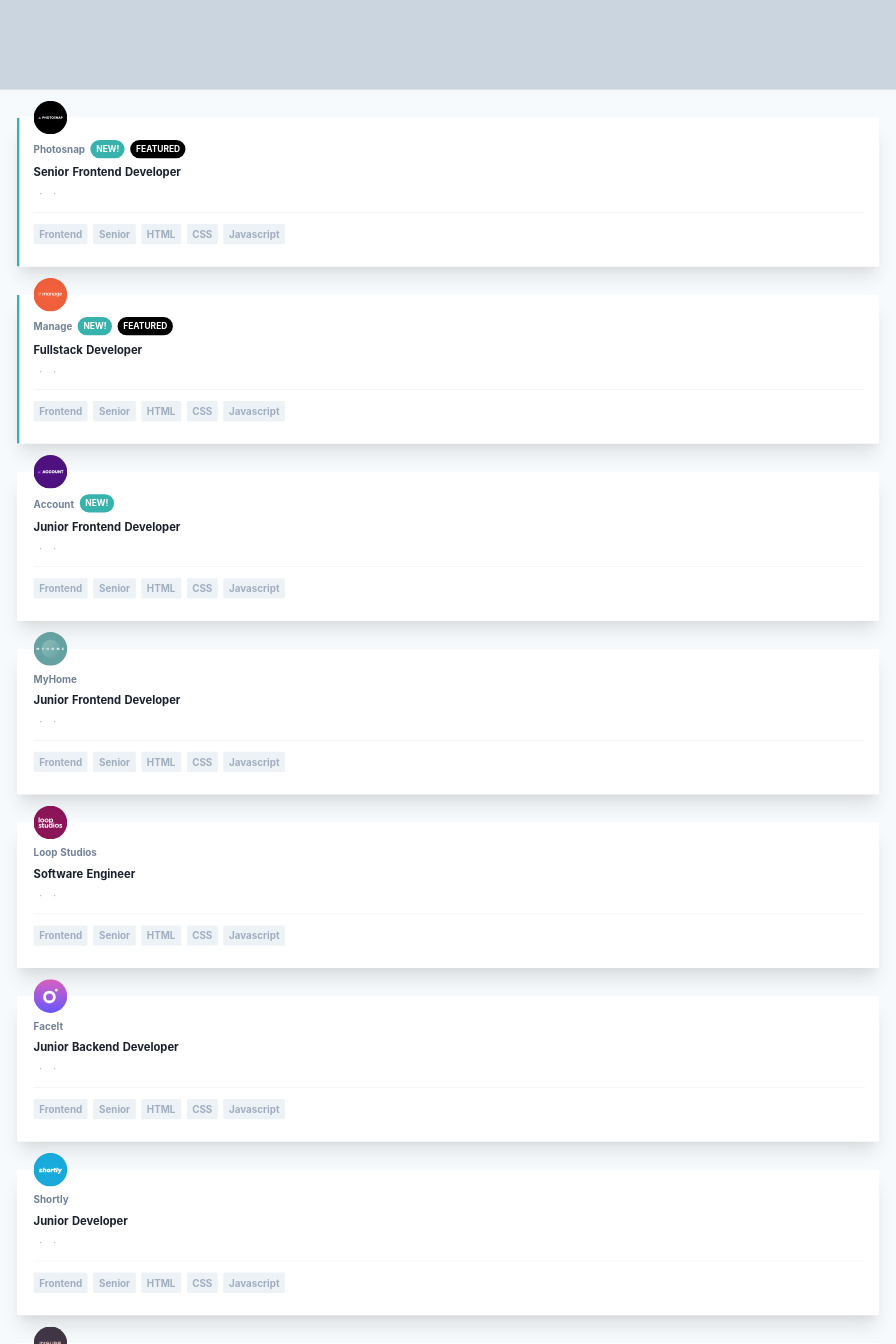
Repository: asongdon/frontendmentor-joblisting
Page: /
These files come from the project's save history. The page is drawn as it stood at one moment and after the next save; the edit follows.
The browser window is 1280 px wide. The pictures show the part of the page from y = 0 to 1920 px (the page is 2623 px tall), at 70% of full size.
The project was rebuilt for these pictures with package versions that can differ from the ones it lists, and the page was loaded fresh each time. The framework's server and built-in components were replaced by stand-ins that run in the browser. Also part of the build but not shown: nuxt.config.js.

Above is the page before, as saved 2020-04-12 21:51:06.

### layouts/default.vue
<template>
  <div class="h-screen">
    <Header/>
    <nuxt />
  </div>
</template>

<script>
import Header from '@/components/Header.vue'

export default {
  components: {
    Header
  },
}
</script>

<style>
html {
  font-family: 'Inter', -apple-system, BlinkMacSystemFont, 'Segoe UI',
    Roboto, 'Helvetica Neue', Arial, sans-serif;
  font-size: 16px;
  word-spacing: 1px;
  -ms-text-size-adjust: 100%;
  -webkit-text-size-adjust: 100%;
  -moz-osx-font-smoothing: grayscale;
  -webkit-font-smoothing: antialiased;
  box-sizing: border-box;
  @apply bg-gray-100;
}

*,
*:before,
*:after {
  box-sizing: border-box;
  margin: 0;
}

.button--green {
  display: inline-block;
  border-radius: 4px;
  border: 1px solid #3b8070;
  color: #3b8070;
  text-decoration: none;
  padding: 10px 30px;
}

.button--green:hover {
  color: #fff;
  background-color: #3b8070;
}

.button--grey {
  display: inline-block;
  border-radius: 4px;
  border: 1px solid #35495e;
  color: #35495e;
  text-decoration: none;
  padding: 10px 30px;
  margin-left: 15px;
}

.button--grey:hover {
  color: #fff;
  background-color: #35495e;
}
</style>

### pages/index.vue
<template>
  <div class="mt-10">
    <div class="container px-6" v-for="item in data" :key="item.id">
      <Maincard
        :logo="item.logo"
        :company="item.company"
        :newStatus="item.new"
        :featured="item.featured"
        :position="item.position"
      />
    </div>
  </div>
</template>

<script>
import Maincard from '@/components/Maincard'
import data from '@/static/data/data.json'

export default {
  components: {
    Maincard
  },
  data() {
    return {
      data
    }
  }
}
</script>

<style>
/* Sample `apply` at-rules with Tailwind CSS
.container {
  @apply min-h-screen flex justify-center items-center text-center mx-auto;
}
*/
</style>

### components/Header.vue
<template>
  <div class="w-full h-32 bg-gray-400"></div>
</template>

<script>
export default {}
</script>

<style></style>

### components/Maincard.vue
<template>
  <div
    class="flex flex-col flex-no-wrap rounded-sm px-5 bg-white shadow-xl pb-4 mb-10 border-l-4 border-white"
    :class="{ 'border-l-4': featured, 'border-teal-500': featured }"
  >
    <div class="-mt-6 mb-2">
      <img class="w-12" :src="'/logos/' + logo" alt="" />
    </div>

    <div class="flex items-center">
      <div class="text-sm font-bold text-gray-600">{{ company }}</div>
      <div class="flex text-xs font-bold">
        <div
          v-if="newStatus"
          class=" bg-teal-500 text-white rounded-full px-2 py-1 uppercase ml-2"
        >
          New!
        </div>
        <div
          v-if="featured"
          class="bg-black text-white rounded-full px-2 py-1 uppercase ml-2"
        >
          Featured
        </div>
      </div>
    </div>

    <div class="mt-2 font-bold text-gray-900">
      {{ position }}
    </div>

    <div class="flex text-sm mt-2 text-gray-500 border-b border-gray-200 pb-4">
      <div class="mr-2">{{ postedAt }}</div>
      <div class="mr-2">·</div>
      <div class="mr-2">{{ contract }}</div>
      <div class="mr-2">·</div>
      <div>{{ location }}</div>
    </div>

    <div class="mt-4 flex flex-wrap justify-start">
      <div
        class="px-2 py-1 bg-gray-200 text-gray-500 rounded-sm font-bold mr-2 mb-4 text-sm"
      >
        Frontend
      </div>
      <div
        class="px-2 py-1 bg-gray-200 text-gray-500 rounded-sm font-bold mr-2 mb-4 text-sm"
      >
        Senior
      </div>
      <div
        class="px-2 py-1 bg-gray-200 text-gray-500 rounded-sm font-bold mr-2 mb-4  text-sm"
      >
        HTML
      </div>
      <div
        class="px-2 py-1 bg-gray-200 text-gray-500 rounded-sm font-bold mr-2 mb-4  text-sm"
      >
        CSS
      </div>
      <div
        class="px-2 py-1 bg-gray-200 text-gray-500 rounded-sm font-bold mr-2 mb-4  text-sm"
      >
        Javascript
      </div>
    </div>
  </div>
</template>

<script>
export default {
  props: {
    logo: String,
    company: String,
    newStatus: Boolean,
    featured: Boolean,
    position: String,
    postedAt: String,
    contract: String,
    location: String
  }
}
</script>

<style></style>

### static/data/data.json
[
  {
    "id": 1,
    "company": "Photosnap",
    "logo": "photosnap.svg",
    "new": true,
    "featured": true,
    "position": "Senior Frontend Developer",
    "role": "Frontend",
    "level": "Senior",
    "postedAt": "1d ago",
    "contract": "Full Time",
    "location": "USA Only",
    "languages": ["HTML", "CSS", "JavaScript"]
  },
  {
    "id": 2,
    "company": "Manage",
    "logo": "manage.svg",
    "new": true,
    "featured": true,
    "position": "Fullstack Developer",
    "role": "Fullstack",
    "level": "Midweight",
    "postedAt": "1d ago",
    "contract": "Part Time",
    "location": "Remote",
    "languages": ["Python"],
    "tools": ["React"]
  },
  {
    "id": 3,
    "company": "Account",
    "logo": "account.svg",
    "new": true,
    "featured": false,
    "position": "Junior Frontend Developer",
    "role": "Frontend",
    "level": "Junior",
    "postedAt": "2d ago",
    "contract": "Part Time",
    "location": "USA Only",
    "languages": ["JavaScript"],
    "tools": ["React", "Sass"]
  },
  {
    "id": 4,
    "company": "MyHome",
    "logo": "myhome.svg",
    "new": false,
    "featured": false,
    "position": "Junior Frontend Developer",
    "role": "Frontend",
    "level": "Junior",
    "postedAt": "5d ago",
    "contract": "Contract",
    "location": "USA Only",
    "languages": ["CSS", "JavaScript"]
  },
  {
    "id": 5,
    "company": "Loop Studios",
    "logo": "loop-studios.svg",
    "new": false,
    "featured": false,
    "position": "Software Engineer",
    "role": "FullStack",
    "level": "Midweight",
    "postedAt": "1w ago",
    "contract": "Full Time",
    "location": "Worldwide",
    "languages": ["JavaScript"],
    "tools": ["Ruby", "Sass"]
  },
  {
    "id": 6,
    "company": "FaceIt",
    "logo": "faceit.svg",
    "new": false,
    "featured": false,
    "position": "Junior Backend Developer",
    "role": "Backend",
    "level": "Junior",
    "postedAt": "2w ago",
    "contract": "Full Time",
    "location": "UK Only",
    "tools": ["RoR"]
  },
  {
    "id": 7,
    "company": "Shortly",
    "logo": "shortly.svg",
    "new": false,
    "featured": false,
    "position": "Junior Developer",
    "role": "Frontend",
    "level": "Junior",
    "postedAt": "2w ago",
    "contract": "Full Time",
    "location": "Worldwide",
    "languages": ["HTML", "JavaScript"],
    "tools": ["Sass"]
  },
  {
    "id": 8,
    "company": "Insure",
    "logo": "insure.svg",
    "new": false,
    "featured": false,
    "position": "Junior Frontend Developer",
    "role": "Frontend",
    "level": "Junior",
    "postedAt": "2w ago",
    "contract": "Full Time",
    "location": "USA Only",
    "languages": ["JavaScript"],
    "tools": ["Vue, Sass"]
  },
  {
    "id": 9,
    "company": "Eyecam Co.",
    "logo": "eyecam-co.svg",
    "new": false,
    "featured": false,
    "position": "Full Stack Engineer",
    "role": "Fullstack",
    "level": "Midweight",
    "postedAt": "3w ago",
    "contract": "Full Time",
    "location": "Worldwide",
    "languages": ["JavaScript", "Python"],
    "tools": ["Django"]
  },
  {
    "id": 10,
    "company": "The Air Filter Company",
    "logo": "the-air-filter-company.svg",
    "new": false,
    "featured": false,
    "position": "Front-end Dev",
    "role": "Frontend",
    "level": "Junior",
    "postedAt": "1mo ago",
    "contract": "Part Time",
    "location": "Worldwide",
    "languages": ["JavaScript"],
    "tools": ["React", "Sass"]
  }
]

Loaded but not shown: assets/css/tailwind.css (common file); tailwind.config.js (common file); store/filter.js (no copy from this time; the picture is the same without it); store/index.js (no copy from this time; the picture is the same without it)

After the next save:
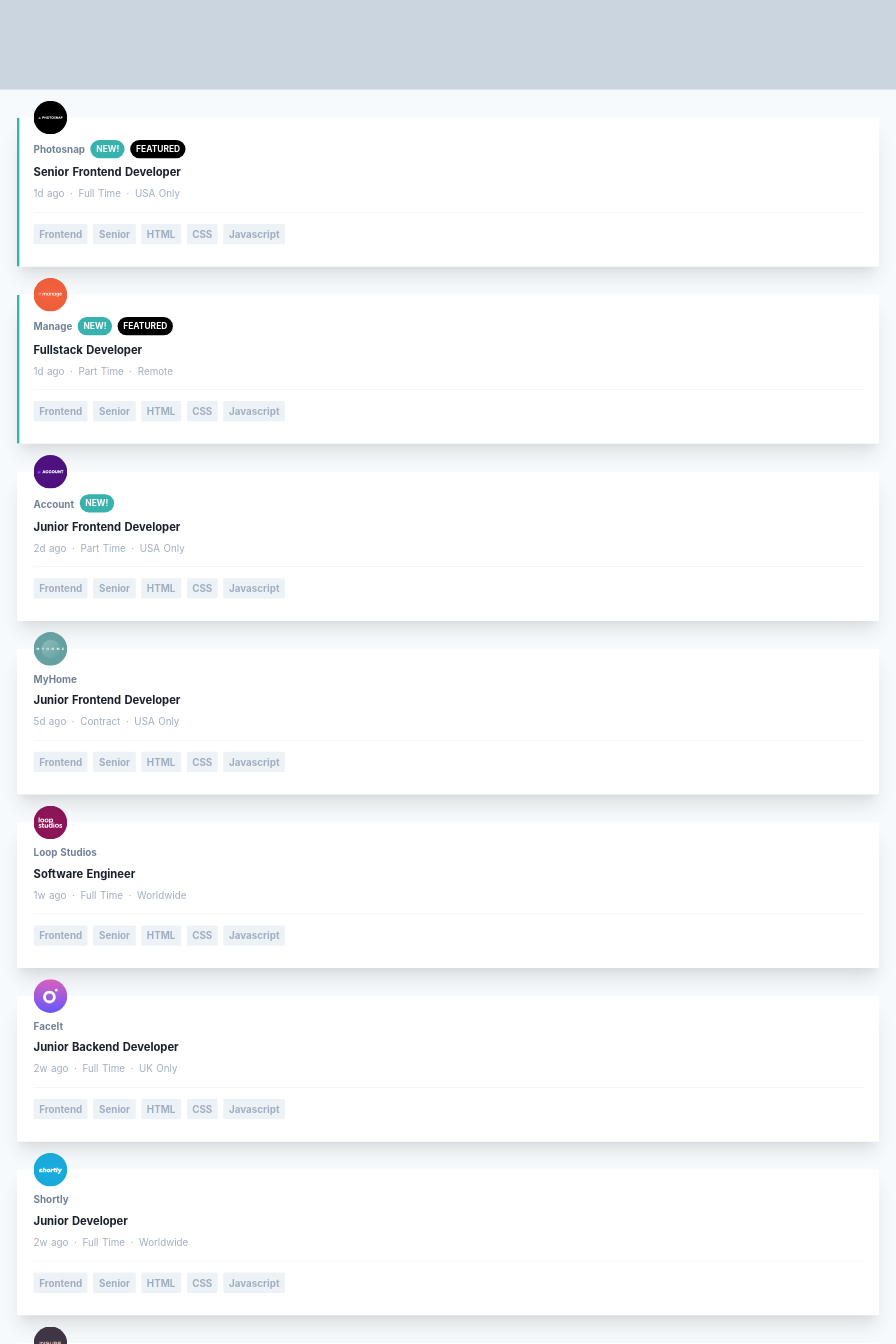
Saved 23 s later.
--- a/pages/index.vue
+++ b/pages/index.vue
@@ -7,6 +7,9 @@
         :newStatus="item.new"
         :featured="item.featured"
         :position="item.position"
+        :postedAt="item.postedAt"
+        :contract="item.contract"
+        :location="item.location"
       />
     </div>
   </div>
